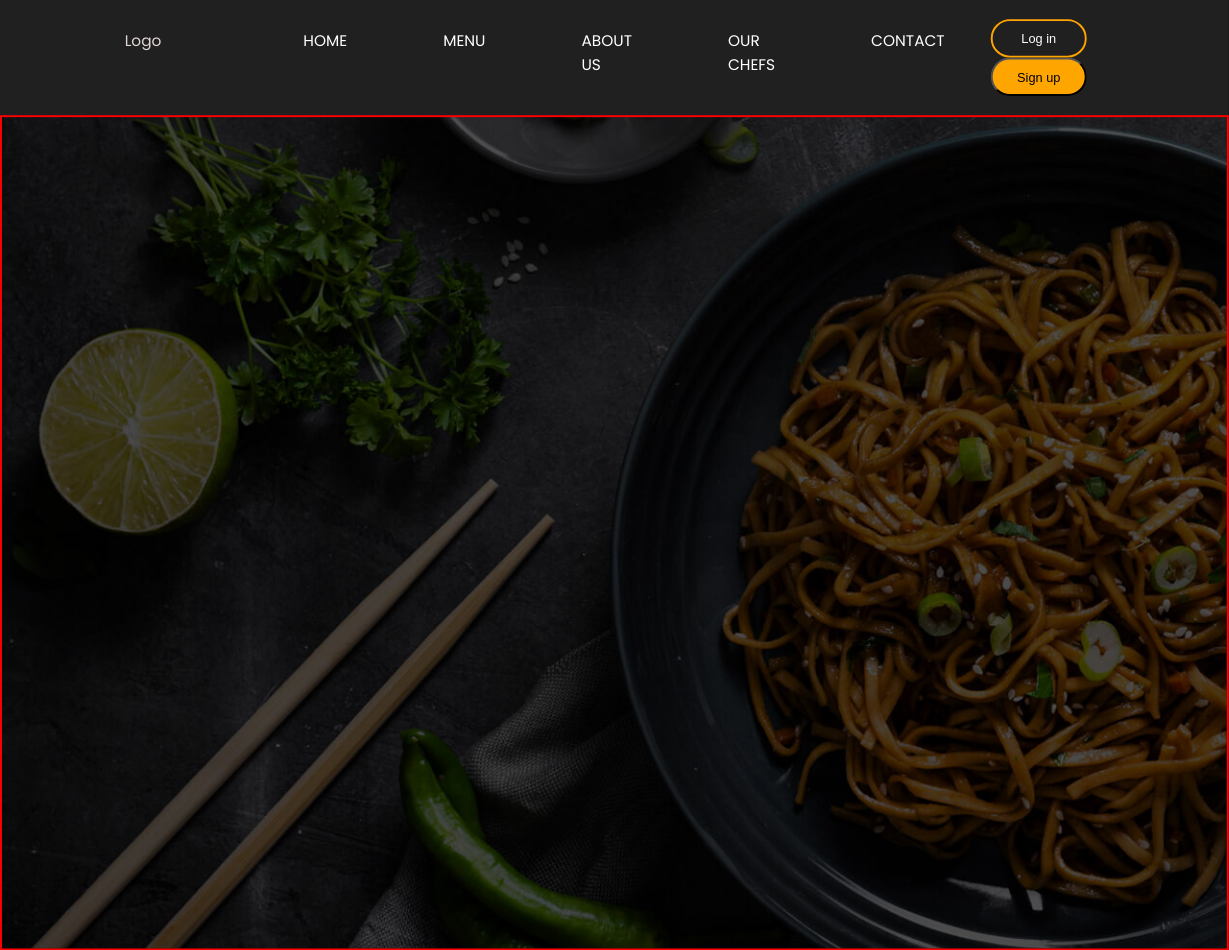
Repository: ThisIsSahaj/NSP
Page: index.html
The author's editor kept a copy of each file at every save. The page is drawn from the files as they stood at one save, then again after the next save.
The browser window is 1280 px wide. The pictures show the whole page, at 96% of full size.

Above is the page before, as saved 2023-11-06 13:43:18.

### index.html
<!DOCTYPE html>
<html lang="en">
<head>
    <meta charset="UTF-8">
    <meta http-equiv="X-UA-Compatible" content="IE=edge">
    <meta name="viewport" content="width=device-width, initial-scale=1.0">
    <title>Hungy</title>
    <link rel="stylesheet" href="style.css">
</head>
<body>
    <header>

        <nav class="nav">
            <div class="logo">
                Logo
            </div>
            <div class="menu">
                <ul>
                   <a href=""> <li>Home</li> </a>
                   <a href=""> <li>Menu</li> </a>
                   <a href=""> <li>About Us</li> </a>
                   <a href=""> <li>Our Chefs</li> </a>
                   <a href=""> <li>Contact</li> </a>
            </ul>
        </div>
        <div class="button">
            <button class="login">Log in</button>
            <button class="signup">Sign up</button>
        </div>
    </nav>
</header>

<div class="sec1">

</div>
</body>
</html>

### style.css
@import url('https://fonts.googleapis.com/css2?family=Poppins:wght@300;400;500;600;700&family=Roboto:wght@100;300;400;500;700;900&display=swap');


*{
    margin: 0px;
    padding: 0px;
    box-sizing: border-box;

}

body{
    background-color: #0F0F0F;
    font-family: 'Poppins', sans-serif;
    color: rgb(224, 212, 212);
}

header{
    margin-top: 0px;
    background-color: #202020;
    padding: 20px;
}
nav{
    display: flex;
    flex-direction: row;
    justify-content: space-around;
}

ul {
    display: flex;
    flex-direction: row;
    list-style: none;
    /* border: 2px solid green; */
}
a {
    color: #fff;
    text-transform: uppercase;
    text-decoration: none;
    /* letter-spacing: 0.15em;      */
    /* display: inline-block; */
    /* padding: 15px 20px; */
    position: relative;
    /* border: 2px solid red; */
}
a:after {
    background: none repeat scroll 0 0 transparent;
    bottom: 0;
    content: "";
    display: block;
    height: 2px;
    left: 50%;
    position: absolute;
    background: #fff;
    transition: width 0.3s ease 0s, left 0.3s ease 0s;
    width: 0;
    margin-bottom: 10px;
}

a:hover:after {
    width: 100%;
    left: 0;
    background-color:orange;
}


.logo{
    width: 20%;
    margin: 10px;
    display: flex;
    justify-content: center;
    /* border: 2px solid hotpink; */

}
.menu ul li{
    margin: 10px 50px;

}

.menu{
    width: 60%;
    display: flex;
    justify-content: center;
    /* border: 2px solid blue; */

}
.button{
    width: 20%;
    font-size: 16px;
    /* border: 2px solid hotpink; */
}
button {
    height: 40px;
    width: 100px;
    margin: 0px 10px;
    border-radius: 50px;
    background-color: orange;
    cursor: pointer;
}
.login{
border: 2px solid orange;
background-color: transparent;
color: white;

}

.login:hover {
    background-color: orange;
    color: black;
}

.signup:hover{
    background-color: transparent;
    color: white;
    border: 2px solid orange;
}


.sec1{
    border: 2px solid red;
    height: 870px;
    width: 100%;
    background-image: url("assets/images/hero-slider-1.jpg");
}

After the next save:
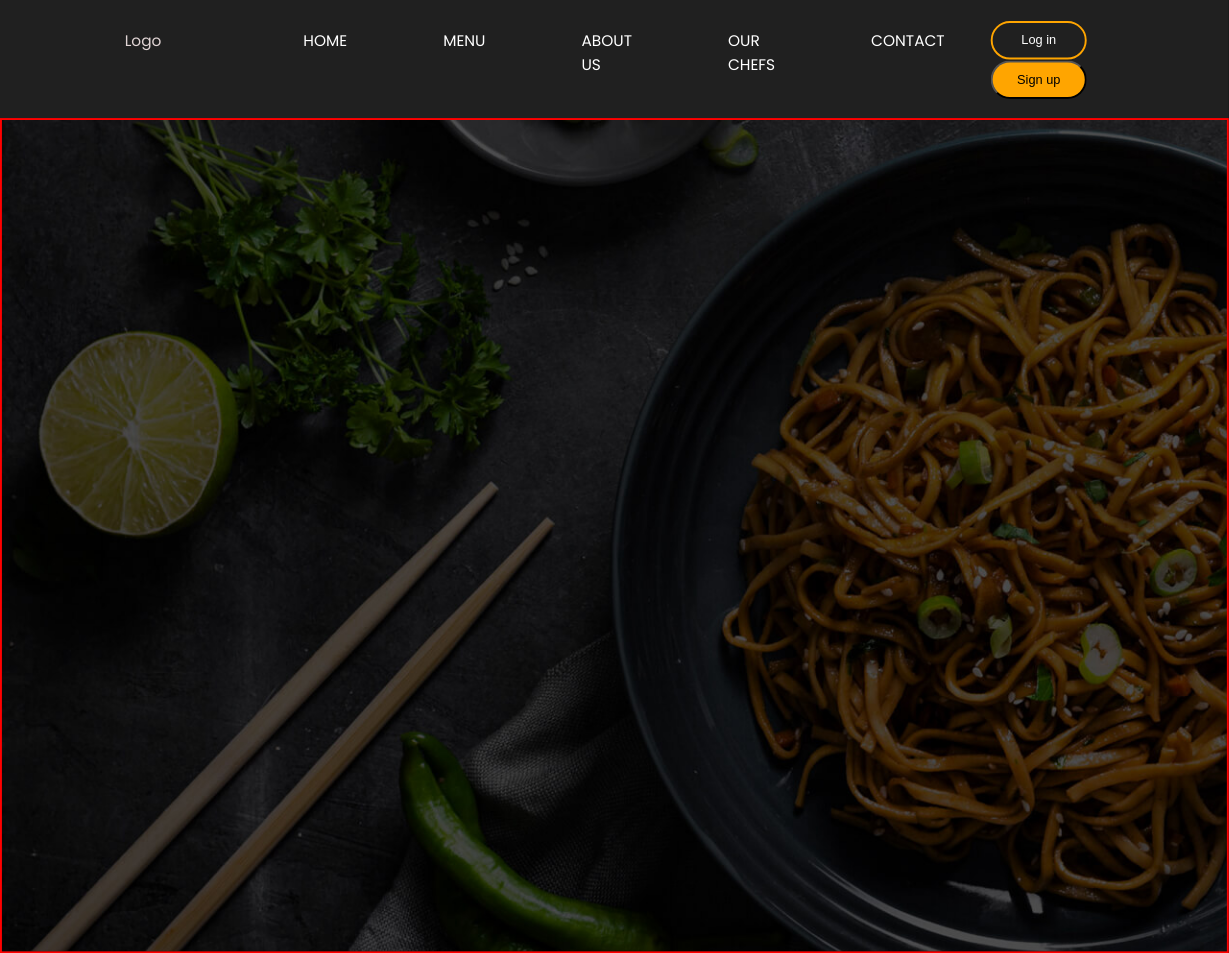
Saved 4 s later.
--- a/style.css
+++ b/style.css
@@ -84,7 +84,7 @@
 }
 .button{
     width: 20%;
-    font-size: 16px;
+    font-size: 24px;
     /* border: 2px solid hotpink; */
 }
 button {

After the 3 saves that followed:
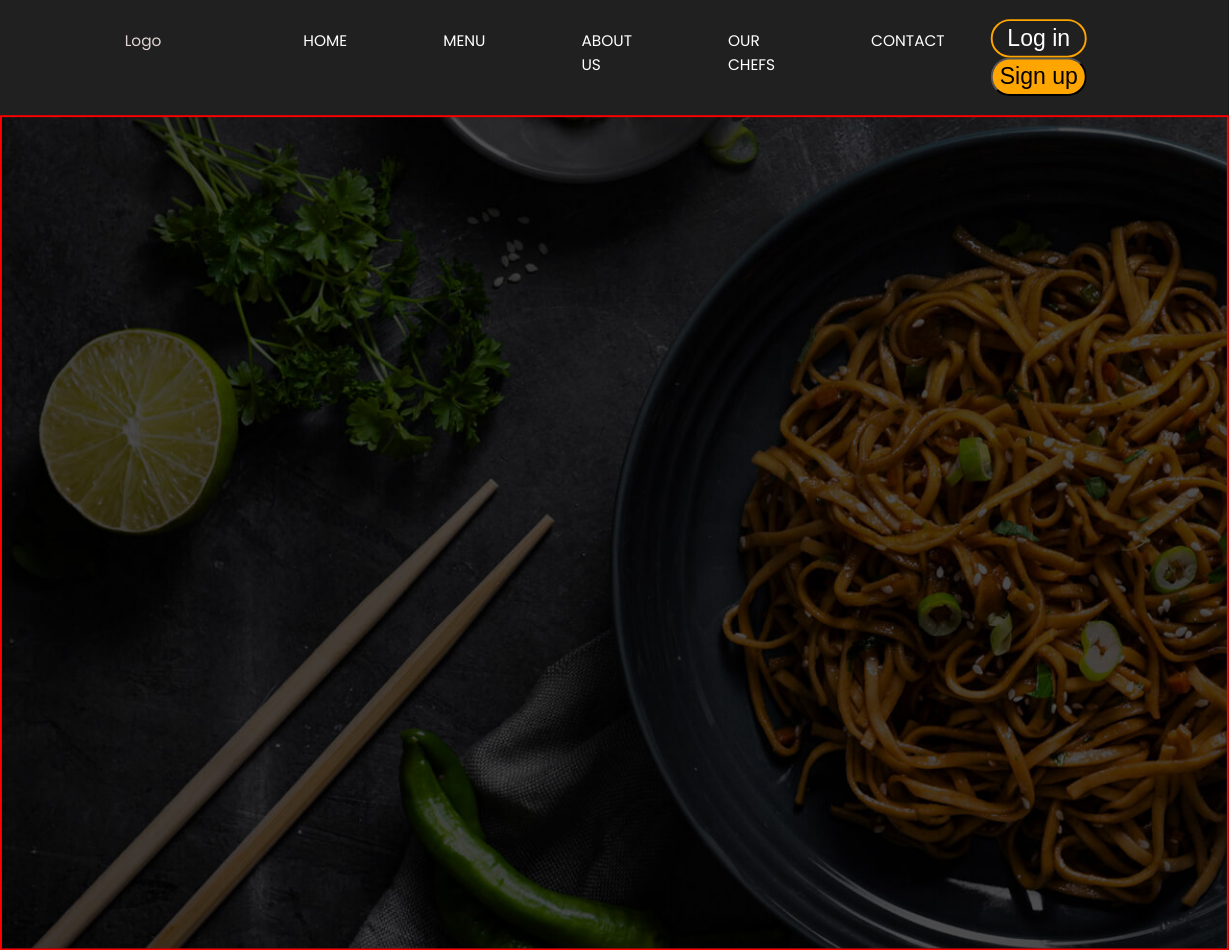
The 3 saves are shown as one change because 1 left the picture as it was and some came seconds apart.
The last was saved 46 s later.
--- a/style.css
+++ b/style.css
@@ -84,7 +84,6 @@
 }
 .button{
     width: 20%;
-    font-size: 24px;
     /* border: 2px solid hotpink; */
 }
 button {
@@ -93,6 +92,7 @@
     margin: 0px 10px;
     border-radius: 50px;
     background-color: orange;
+    font-size: 24px;
     cursor: pointer;
 }
 .login{
